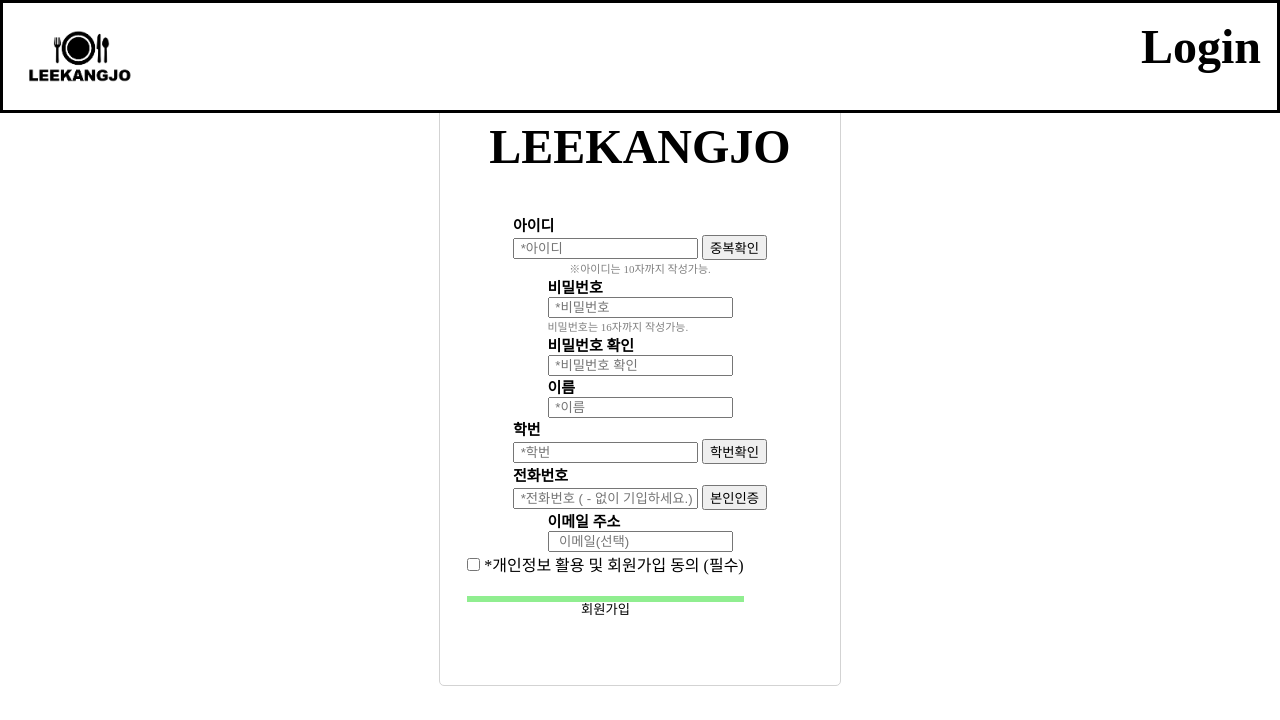
Repository: acredev/Restaurant_Management_System
Page: http://localhost/leekangjo/signup.jsp
An editor plug-in stored every save of this project. The page is shown before and after the next save, followed by the edit.
The browser window is 1280 px wide. The pictures show the whole page.
Some web fonts or font styles are not loaded; a fallback is used. The page is served by Tomcat 9.

Above is the page before, as saved 2023-04-13 07:02:54.

After the next save:
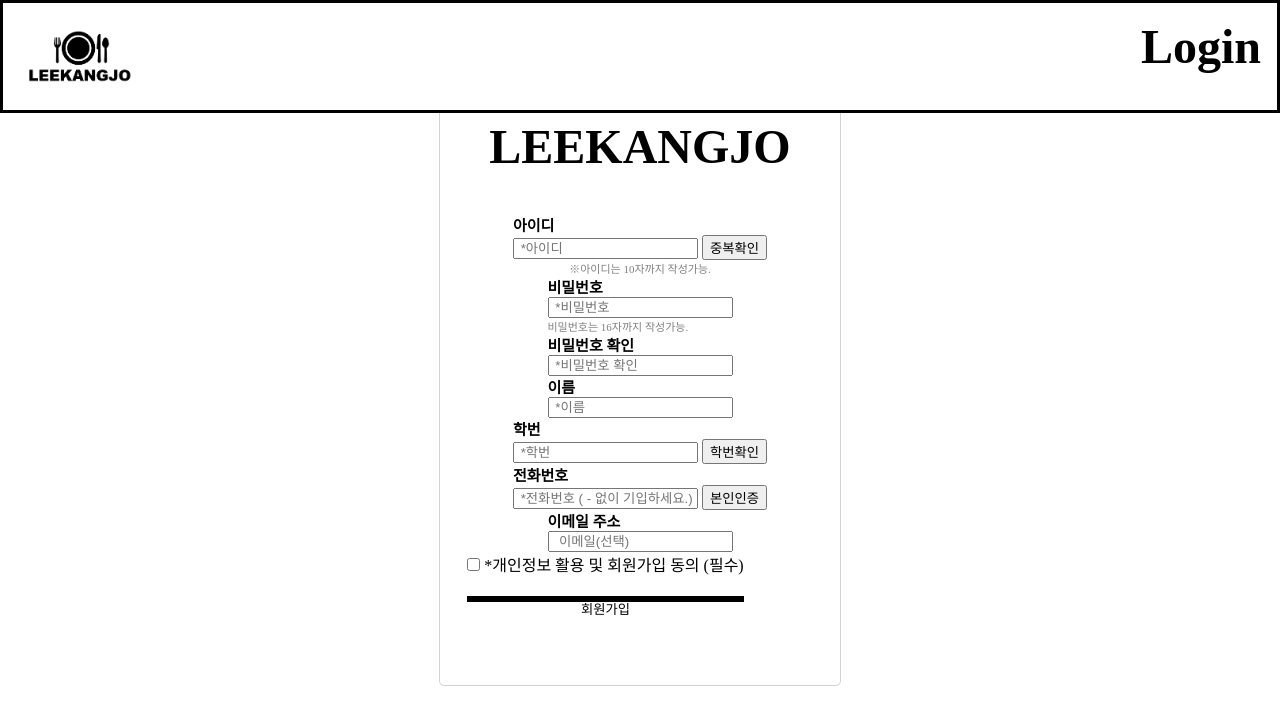
Saved 74 s later.
--- a/leekangjo/WebContent/css/signup_style.css
+++ b/leekangjo/WebContent/css/signup_style.css
@@ -25,7 +25,7 @@
     margin-top: 6%;
     width: 80%;
     height: 5%;
-    background-color: lightgreen;
+    background-color: #000;
     border-color: transparent;
     font-family:
 

After the save that followed:
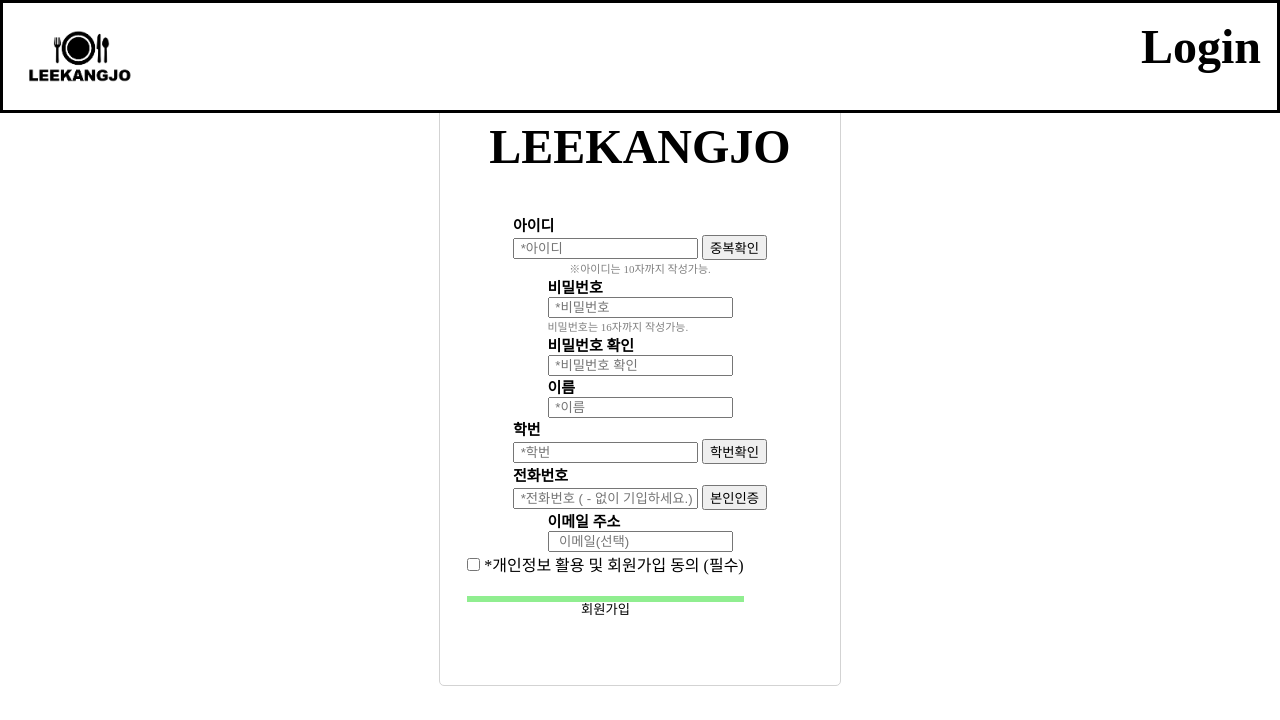
Saved 17 s later.
--- a/leekangjo/WebContent/css/signup_style.css
+++ b/leekangjo/WebContent/css/signup_style.css
@@ -25,7 +25,7 @@
     margin-top: 6%;
     width: 80%;
     height: 5%;
-    background-color: #000;
+    background-color: lightgreen;
     border-color: transparent;
     font-family:
 
